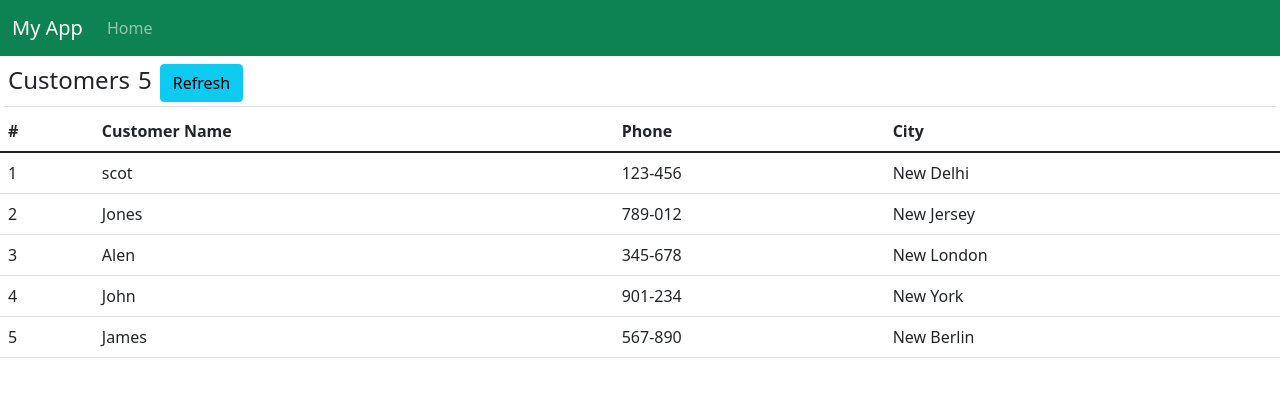
Repository: smit1298/e-commerce
Page: /
These files come from the project's save history. The page is drawn as it stood at one moment and after the next save; the edit follows.
The browser window is 1280 px wide. The pictures show the whole page.
The project was rebuilt for these pictures with package versions that can differ from the ones it lists, and the page was loaded fresh each time.

Above is the page before, as saved 2022-05-10 17:21:26.

After the next save:
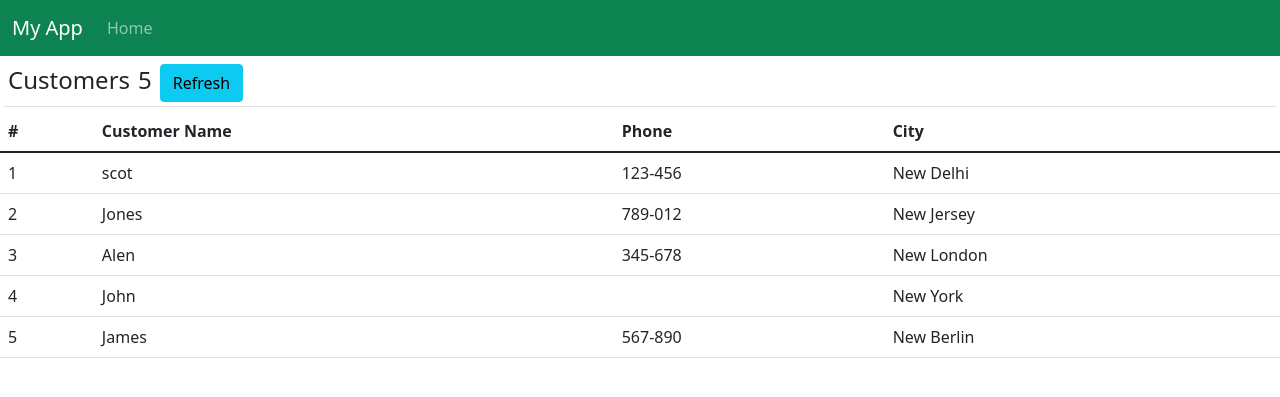
Saved 3 min 23 s later.
--- a/src/MainContent.jsx
+++ b/src/MainContent.jsx
@@ -8,7 +8,7 @@ export default class MainContent extends Component {
       { id: 1, name: "scot", phone: "123-456", address:{ city: "New Delhi"} },
       { id: 2, name: "Jones", phone: "789-012", address:{ city: "New Jersey"}  },
       { id: 3, name: "Alen", phone: "345-678", address:{ city: "New London"}  },
-      { id: 4, name: "John", phone: "901-234", address:{ city: "New York"}  },
+      { id: 4, name: "John", phone: null, address:{ city: "New York"}  },
       { id: 5, name: "James", phone: "567-890", address:{ city: "New Berlin"}  }
     ]
   };
